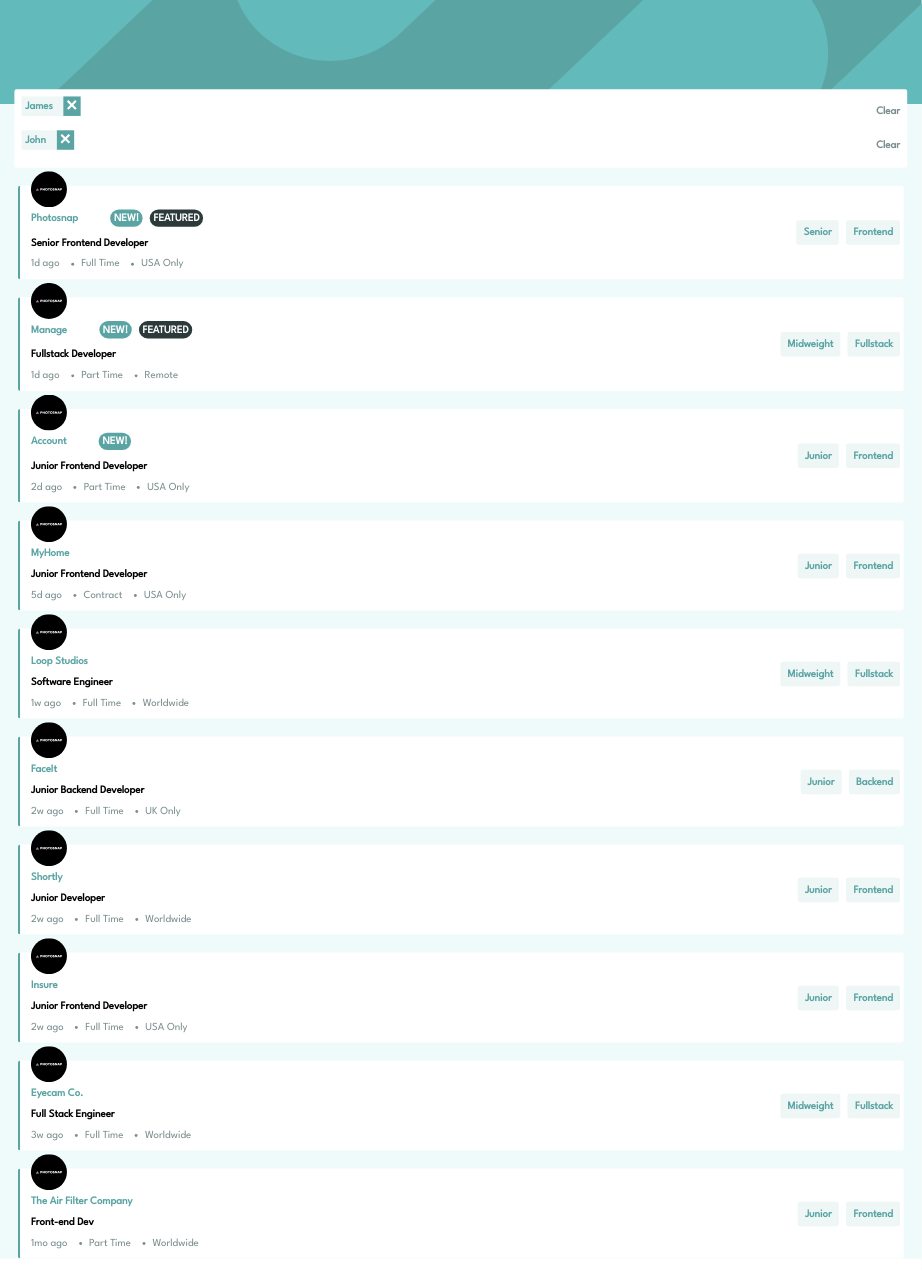
Repository: DevLaukey/job-listing
Page: /
An editor plug-in stored every save of this project. The page is shown before and after the next save, followed by the edit.
The browser window is 1280 px wide. The pictures show the whole page, at 72% of full size.
Some web fonts or font styles are not loaded; a fallback is used. The project was rebuilt for these pictures with package versions that can differ from the ones it lists, and the page was loaded fresh each time.

Above is the page before, as saved 2022-06-03 11:57:06.

### src/App.js
import "./App.css";
import Filter from "./components/Filter";
import Header from "./components/Header";
import Tablet from "./components/Tablet";
import data from "./data.json";

function App() {
  const tablets = data.map((data) => <Tablet
    key={data.id}
    company={data.company}
    neew={data.new}
    featured={data.featured}
    position={data.position}
    role={data.role}
    level={data.level}
    postedAt={data.postedAt}
    contract={data.contract}
    location={data.location}
    languages={data.languages}
    tools={data.tools}
    logo={data.logo} />);


  return (
    <div className="App">
      <Header />
      <Filter />
      <div className="content">{tablets}</div>
    </div>
  );
}

export default App;

### src/App.css
@import url('https://fonts.googleapis.com/css2?family=Grape+Nuts&family=League+Spartan&display=swap');
*{
  margin: 0;
  padding: 0;
  box-sizing: border-box;
}
.App{
  background-color: hsl(180, 52%, 96%);
  font-size: 15px;
}

### src/components/Filter.js
import React, { useState } from 'react'
import icon from "./images/icon-remove.svg";
function Filter() {



    const [people, setPeople] = useState(
      [
        {
          name: "James",
          age: 31,
        },
        {
          name: "John",
          age: 45,
        },
        {
          name: "Paul",
          age: 65,
        },
        {
          name: "Ringo",
          age: 49,
        },
        {
          name: "George",
          age: 34,
        },
      ]
    );
    // setTheArray([...theArray, newElement]);

const filtered = people
  .filter( name => name.name.includes("J"))
    .map((filteredPerson) =>
    <div className="tablet filter">
      <div className="option">
        <p className="front-end">{filteredPerson.name}</p>
        <div className="icon">
            <img
              onClick={() => {
                filtered.shift(filteredPerson)
                console.log(people)
              }}
              src={icon} alt="" />
        </div>
      </div>

      <div className="clear">
                <p onClick={() => setPeople([])}>Clear</p>
      </div>
    </div>
    );
    return (
        <>
            { filtered}</>
  );
}

export default Filter

### src/components/Header.js
import React from 'react'
import "./styles.css"

function Header() {
  return (
    <header className='header'></header>
  )
}

export default Header

### src/components/Tablet.js
import React, { useState } from "react";
import "./styles.css";
import logos from "./images/photosnap.svg";
import { type } from "@testing-library/user-event/dist/type";
function Tablet({ key, company, logo, neew, featured, position, role, level, postedAt, contract, location, languages, tools }) {
    // const logos = require(logo).default;
    // console.log(logos)
  // const [tags, setTags] = useState([]);
  const categories = languages.concat(tools)
console.log(categories);
    return (
      <div className="tablet boarder">
        <div className="tablet_content">
          <img className="image" src={logos} alt="" />

          <div className="heading">
            <div className="company">
              <p>{company}</p>
            </div>
            <div>{neew && <p className="new">NEW!</p>}</div>
            <div>{featured && <p className="featured">FEATURED</p>}</div>
          </div>
          <div className="title">
            <p>{position}</p>
          </div>
          <div className="details">
            <p>{postedAt}</p>
            <ul className="list">
              <li>{contract}</li>
              <li className="country">{location}</li>
            </ul>
          </div>
          <hr className="line" />
        </div>
        <div className="tags">
          <p className="category">
            {level}
          </p>
          <p className="category">
            {role}
          </p>
          {/* {languages.map((language) => (setTags(language)
            ))} */}
            {/* <p key={language} className="category" id="category">

              {language}
            </p> */}

          {/* {tools.map((tool) => (
            <p className="category" >
              {tool}
            </p>
          ))} */}
        </div>
      </div>
    );
}

export default Tablet;

### src/components/styles.css
.header {
  background-image: url(../assets/bg-header-mobile.svg);
  padding: 10vh;
  background-color: hsl(180, 29%, 50%);
}
.tablet {
  background-color: white;
  margin: 25px 25px 20px 25px;
  font-family: "League Spartan", sans-serif;
  border-radius: 3px;
  font-weight: 700;
}
.boarder {
  border-left: 3px solid hsl(180, 29%, 50%);
}
.tablet_content {
  margin-left: 15px;
  margin-right: 25px;
  align-items: center;
}
.image {
  height: 50px;
  margin-top: -20px;
}
.heading {
  display: flex;
}
.company {
  color: hsl(180, 29%, 50%);
  margin-right: 3em;
  margin-top: 5px;
}
.new {
  background-color: hsl(180, 29%, 50%);
  padding: 5px;
  color: white;
  border-radius: 25px;
  margin-right: 10px;
}
.featured {
  background-color: hsl(180, 14%, 20%);
  padding: 5px;
  color: white;
  border-radius: 25px;
}
.title {
  margin-top: 15px;
}
.details {
  display: flex;
  color: hsl(180, 8%, 52%);
  font-weight: 400;
  margin-top: 15px;
  margin-bottom: 15px;
}
.list {
  display: flex;
  margin-left: 2em;
}
.country {
  margin-left: 2em;
}
.line {
  margin-bottom: 15px;
  color: gray;
}
.tags {
  color: hsl(180, 29%, 50%);
  display: flex;
  flex-wrap: wrap;
}
.category {
  background-color: hsl(180, 31%, 95%);
  padding: 10px;
  border-radius: 3px;
  margin: 5px;
}

.filter {
  display: flex;
  padding: 10px;
  border-radius: 3px;
  margin: -20px 20px 5px 20px;
  flex-wrap: wrap;
  justify-content: space-between;
}
.option {
    background-color: hsl(180, 31%, 95%);
  color: hsl(180, 29%, 50%);
  display: flex;
  align-items: center;
  width : fit-content;
  margin-bottom: 15px;
}
.front-end{
 padding: 5px;
}
.icon {
  margin-left: 10px;
 flex-grow: 1;
 height:100%;
 padding: 5px;
  background-color: hsl(180, 29%, 50%);
}
.clear{
      color: hsl(180, 8%, 52%);

}
/* media query */

@media screen and (min-width: 768px) {
  .header {
    background-image: url(../assets/bg-header-desktop.svg);
  }
  .line {
    display: none;
  }
  .tablet {
    display: flex;
    align-items: center;
    justify-content: space-between;
  }
}

Loaded but not shown: public/index.html (common file); src/index.js (common file); src/index.css (common file); src/reportWebVitals.js (common file); src/data.json (common file)

After the next save:
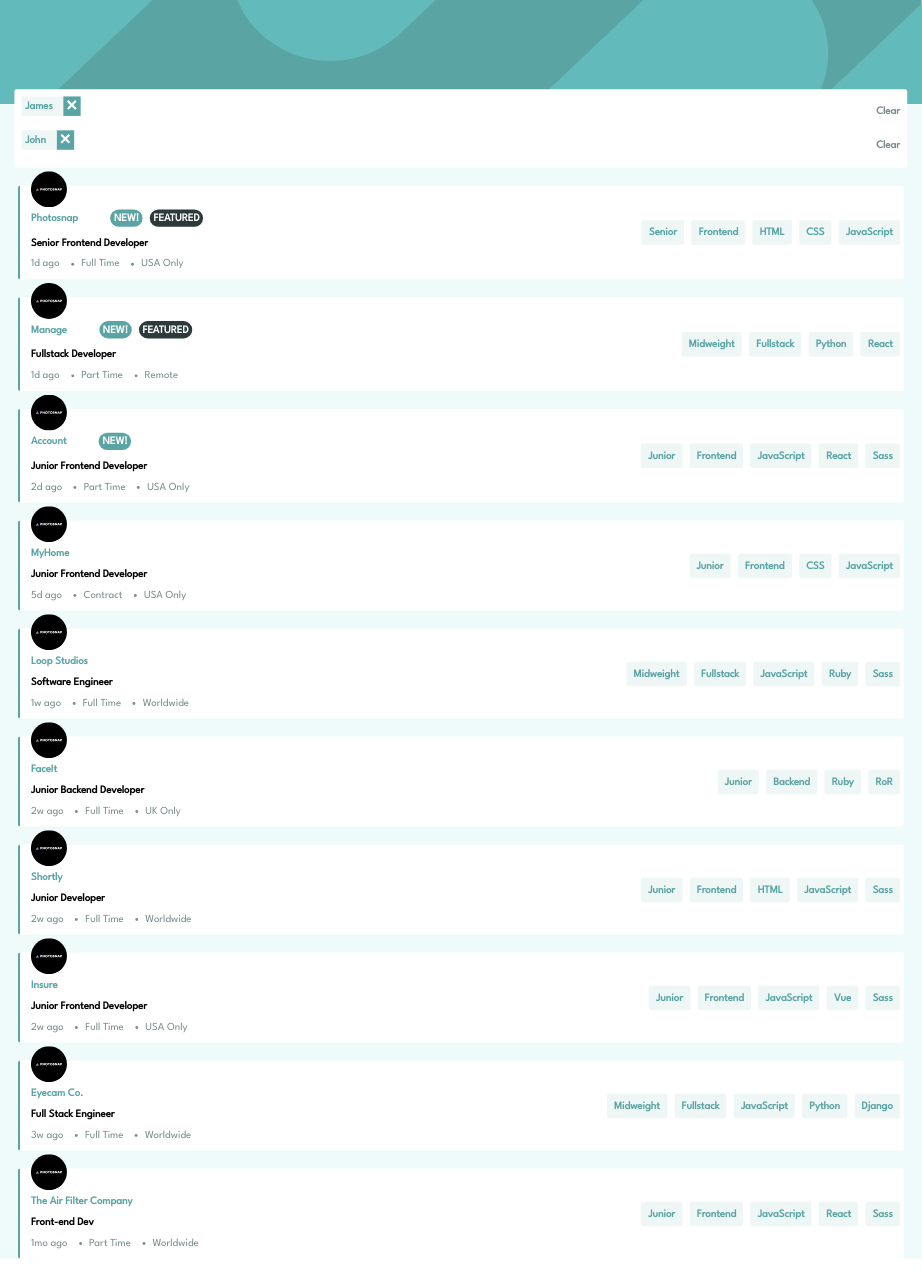
Saved 2 min 2 s later.
--- a/src/components/Tablet.js
+++ b/src/components/Tablet.js
@@ -46,11 +46,11 @@ console.log(categories);
               {language}
             </p> */}
 
-          {/* {tools.map((tool) => (
+          {categories.map((tool) => (
             <p className="category" >
               {tool}
             </p>
-          ))} */}
+          ))}
         </div>
       </div>
     );
